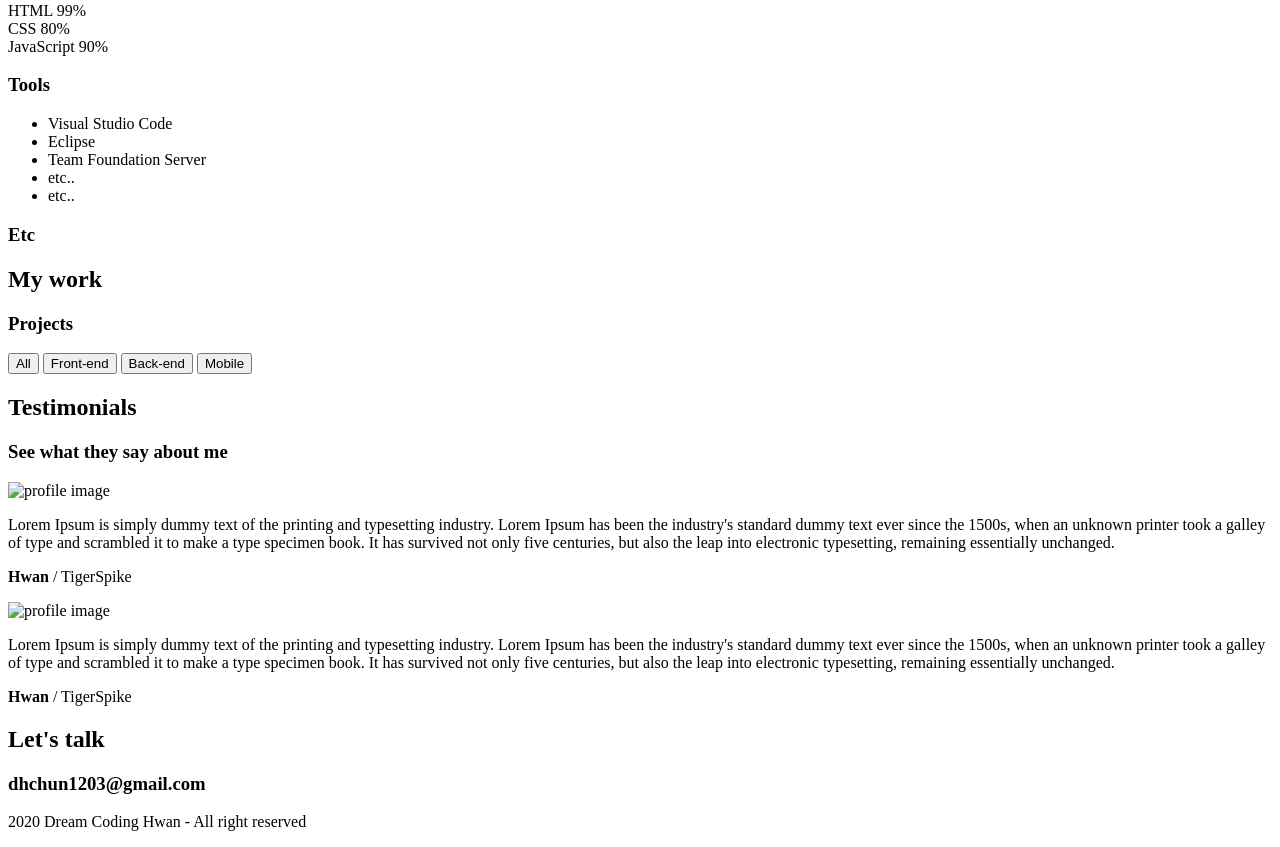
Repository: dhchun1203/Portfolio
Page: index.html
An editor plug-in stored every save of this project. The page is shown before and after the next save, followed by the edit.
The browser window is 1280 px wide. The pictures show the part of the page from y = 1390 to 2342 px (the page is 2237 px tall before and 2342 px after).
A picture or video elsewhere on the page could not be fetched, so the positions and the page height are approximate. Some web libraries are served in a nearby version.

Above is the page before, as saved 2020-12-04 10:12:15.

After the next save:
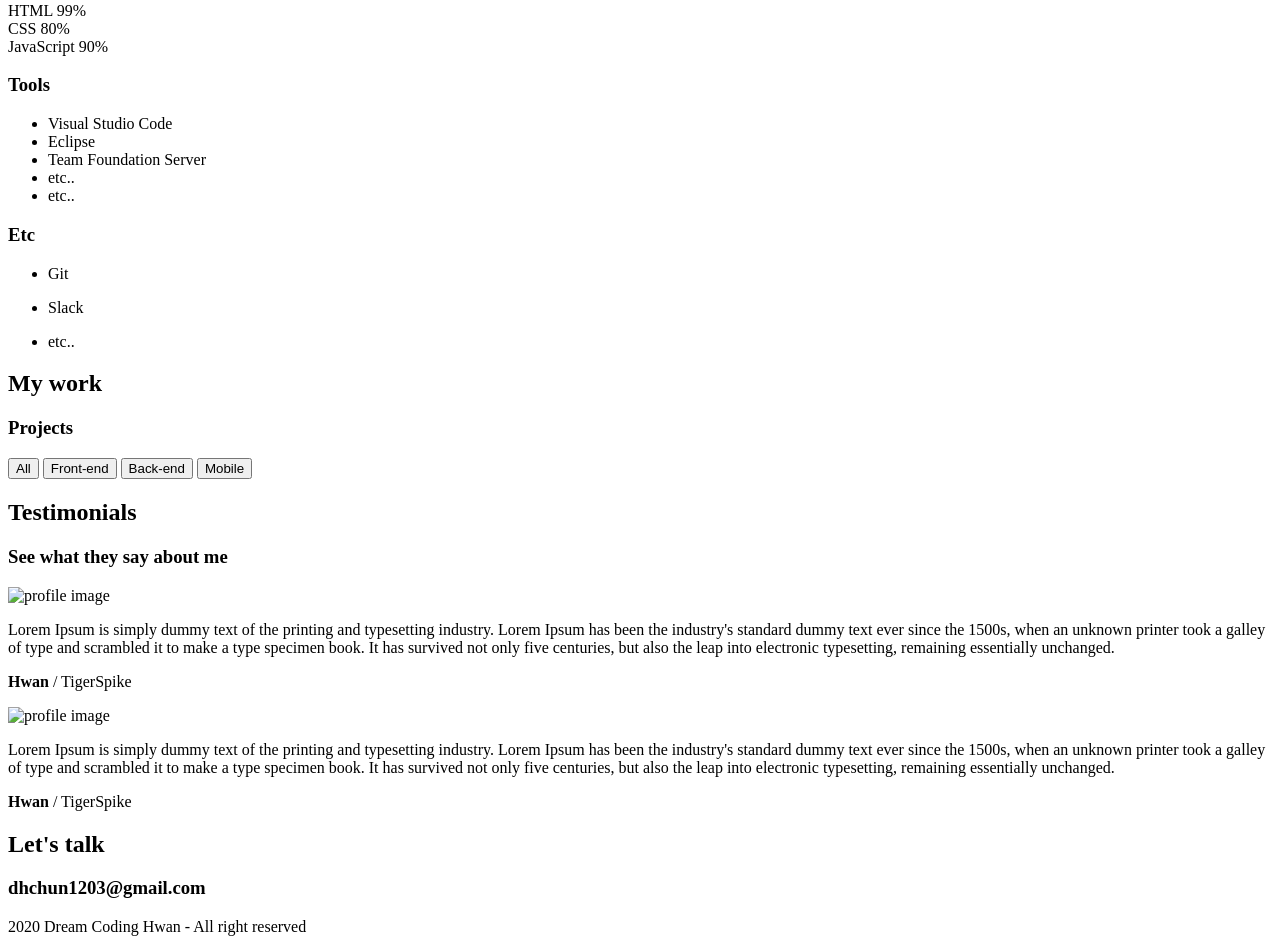
Saved 8 min 50 s later.
--- a/index.html
+++ b/index.html
@@ -257,6 +257,15 @@
 						<li><span>etc..</span></li>
 					</ul>
 					<h3 class="skillset__title">Etc</h3>
+					<ul class="etc__list">
+						<li><span>Git</span></li>
+					</ul>
+					<ul class="etc__list">
+						<li><span>Slack</span></li>
+					</ul>
+					<ul class="etc__list">
+						<li><span>etc..</span></li>
+					</ul>
 				</div>
 			</div>
 		</section>
